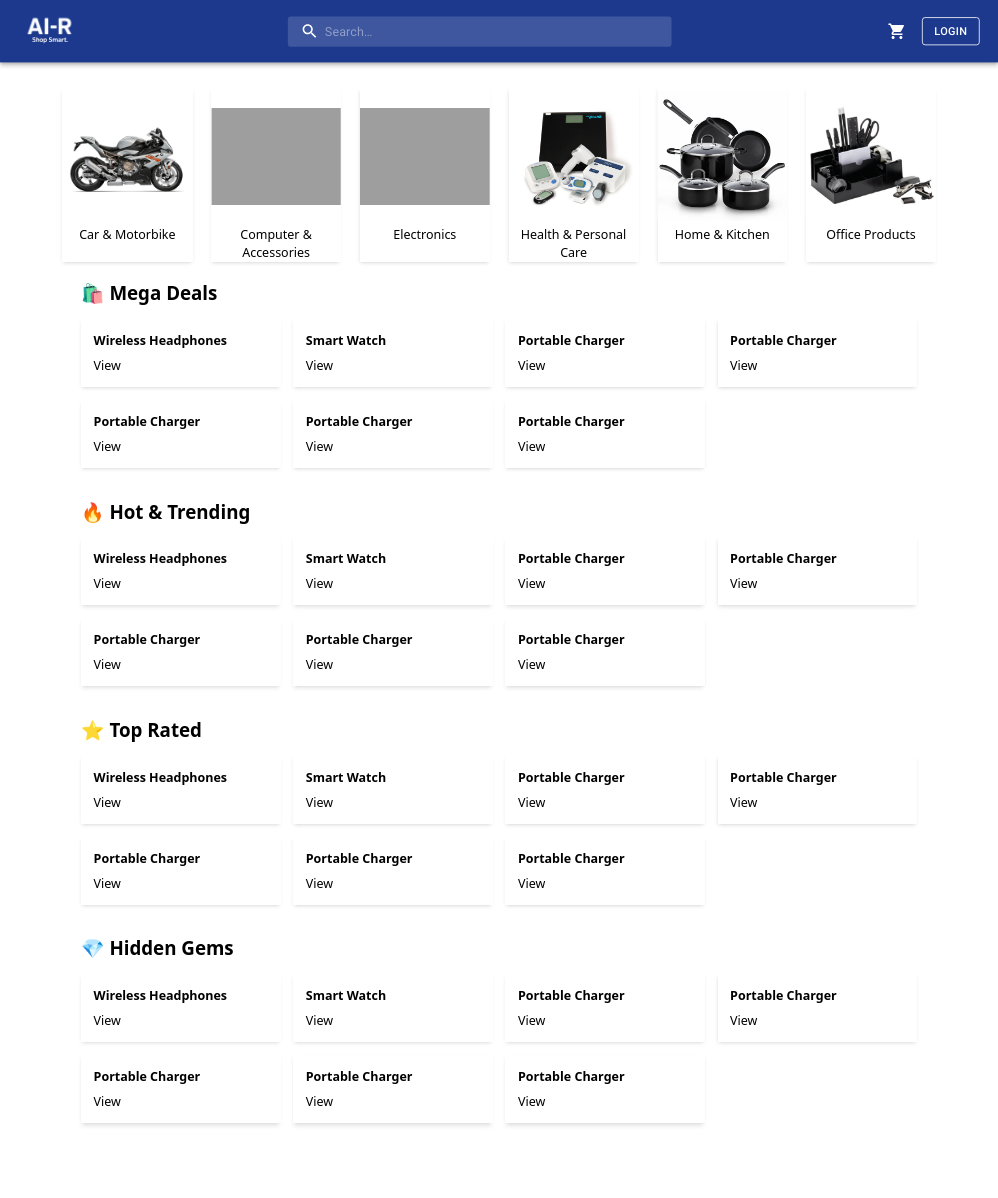
Repository: Yeshwanth-189/a-i-r
Page: / (app in client/)
An editor plug-in stored every save of this project. The page is shown before and after the next save, followed by the edit.
The browser window is 1280 px wide. The pictures show the whole page, at 78% of full size.
Pictures or frames that could not be fetched are drawn as grey boxes. The project was rebuilt for these pictures with package versions that can differ from the ones it lists, and the page was loaded fresh each time. Also part of the build but not shown: client/vite.config.js, client/src/App.css.

Above is the page before, as saved 2025-04-12 15:30:39.

After the next save:
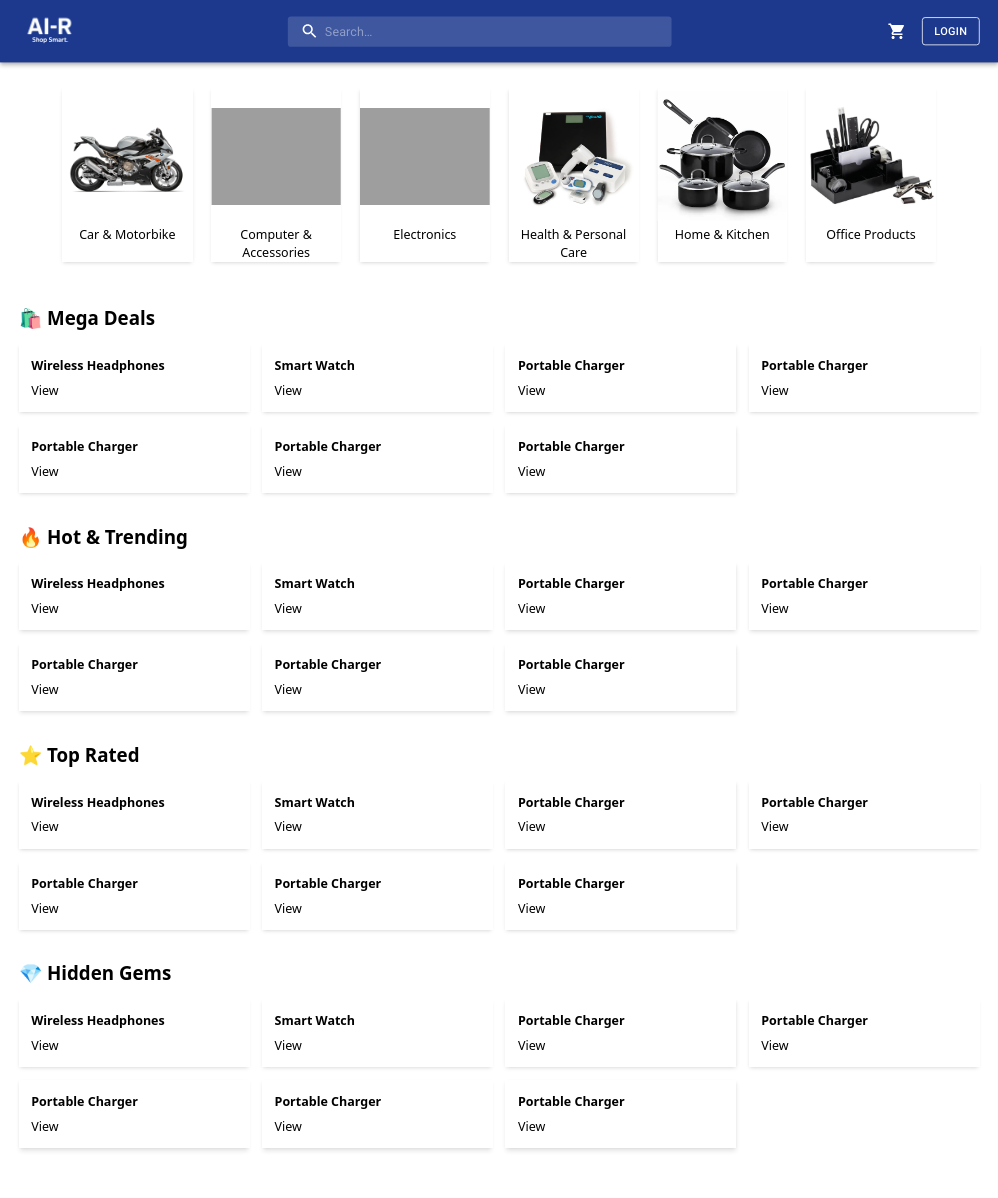
Saved 34 s later.
--- a/client/src/pages/homePage.jsx
+++ b/client/src/pages/homePage.jsx
@@ -43,27 +43,29 @@ const Section = ({ title }) => (
 
 const HomePage = () => {
   return (
-    <div className="max-w-6xl mx-auto px-4 py-8">
-      <div className="grid grid-cols-3 sm:grid-cols-6 lg:grid-cols-6 gap-6">
-        {categories.map((category, index) => (
-          <div
-            key={index}
-            className="card bg-base-100 shadow-md hover:shadow-xl transition-all cursor-pointer"
-          >
-            <figure>
-              <img
-                src={category.image}
-                alt={category.name}
-                className="h-28 sm:h-36 md:h-44 w-full object-contain"
-              />
-            </figure>
-            <div className="card-body items-center text-center">
-              <h6 className="text-sm sm:text-base font-medium">
-                {category.name}
-              </h6>
+    <>
+      <div className="max-w-6xl mx-auto px-4 py-8">
+        <div className="grid grid-cols-3 sm:grid-cols-6 lg:grid-cols-6 gap-6">
+          {categories.map((category, index) => (
+            <div
+              key={index}
+              className="card bg-base-100 shadow-md hover:shadow-xl transition-all cursor-pointer"
+            >
+              <figure>
+                <img
+                  src={category.image}
+                  alt={category.name}
+                  className="h-28 sm:h-36 md:h-44 w-full object-contain"
+                />
+              </figure>
+              <div className="card-body items-center text-center">
+                <h6 className="text-sm sm:text-base font-medium">
+                  {category.name}
+                </h6>
+              </div>
             </div>
-          </div>
-        ))}
+          ))}
+        </div>
       </div>
       <div className="p-6">
         <Section title="🛍️ Mega Deals" />
@@ -71,7 +73,7 @@ const HomePage = () => {
         <Section title="⭐ Top Rated" />
         <Section title="💎 Hidden Gems" />
       </div>
-    </div>
+    </>
   );
 };
 
